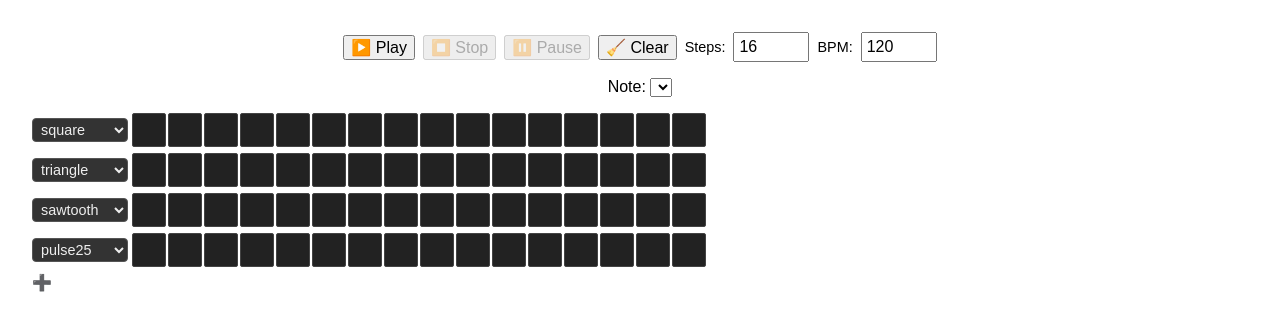
Repository: Aldentec/8-bit-Composer
Page: index.html
These files come from the project's save history. The page is drawn as it stood at one moment and after the next save; the edit follows.
The browser window is 1280 px wide. The pictures show the whole page.
Some web libraries are served in a nearby version.

Above is the page before, as saved 2025-05-28 09:35:56.

After the next save:
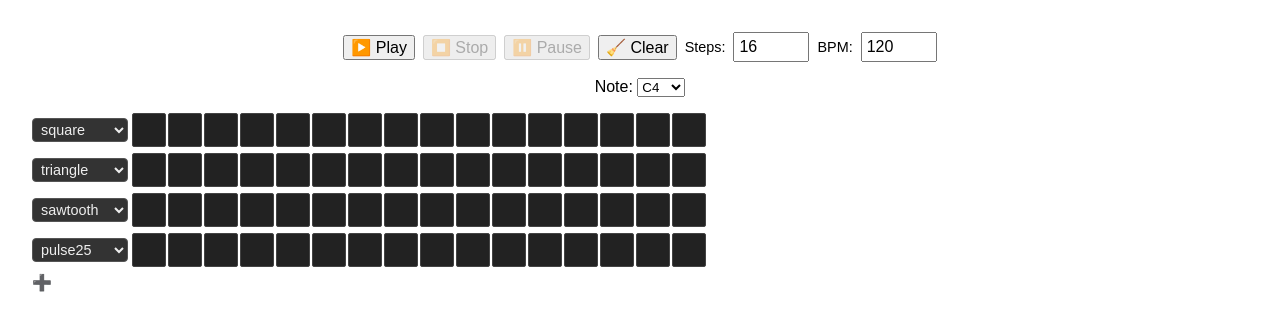
Saved 40 s later.
--- a/index.html
+++ b/index.html
@@ -28,6 +28,24 @@
 
   <!-- Tone.js as global, then our modules -->
   <script src="node_modules/tone/build/Tone.js"></script>
+
+  <script>
+  // populate note picker from C1 up to B6
+  const noteInput = document.getElementById('note-input');
+  const octaves = [1,2,3,4,5,6];
+  const names   = ['C','C#','D','D#','E','F','F#','G','G#','A','A#','B'];
+  octaves.forEach(oct => {
+    names.forEach(n => {
+      const opt = document.createElement('option');
+      opt.value = `${n}${oct}`;
+      opt.textContent = `${n}${oct}`;
+      noteInput.append(opt);
+    });
+  });
+  // set default
+  noteInput.value = 'C4';
+  </script>
+
   <script type="module" src="js/main.js"></script>
 </body>
 </html>
